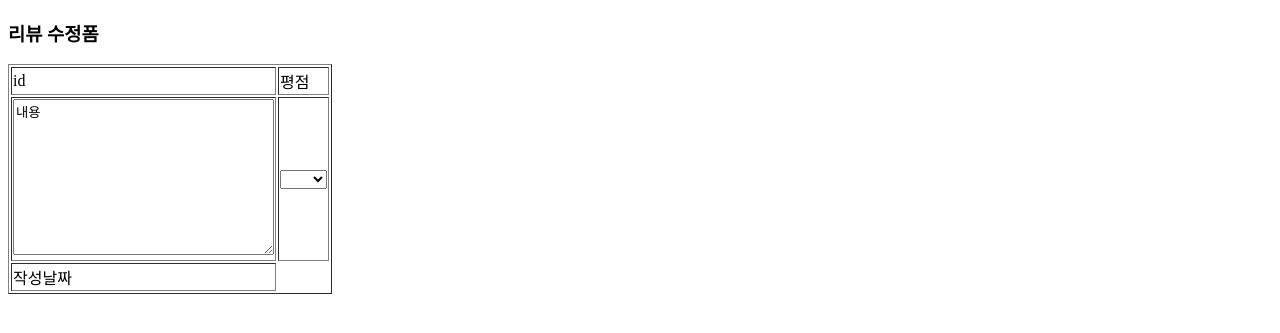
Repository: homerking-092/project
Page: http://localhost/MovieProject/review/review_update_form.jsp
An editor plug-in stored every save of this project. The page is shown before and after the next save, followed by the edit.
The browser window is 1280 px wide. The pictures show the whole page.
The page is served by Tomcat 9. Other server files are loaded and not shown.

Above is the page before, as saved 2021-08-15 09:37:35.

### MovieProject/WebContent/review/review_update_form.jsp
<%@ page language="java" contentType="text/html; charset=EUC-KR"
    pageEncoding="EUC-KR"%>
<!DOCTYPE html>
<html>
<head>
<meta charset="EUC-KR">
<title>Insert title here</title>
</head>
<body>
	<h3>리뷰 수정폼</h3>

	<table border="1">
		<tr>

			<td>id</td>
			<td>평점</td>

		</tr>
		<tr>
			<td><textarea rows="10" cols="30">내용</textarea></td>
			<td><select onchange="if(this.value) location.href=(this.value);">
					<option value=""></option>
					<option value="/MovieProject/review/review_update_form.jsp">수정</option>
					<option value="삭제">삭제</option>
				</select>
			</td>
		</tr>
		<tr>
			<td>작성날짜</td>

		</tr>

	</table>
</body>
</html>

After the next save:
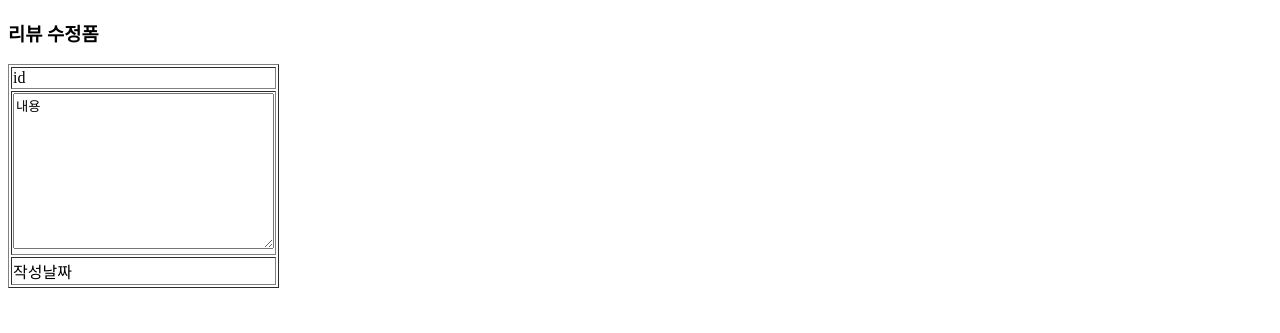
Saved 37 s later.
--- a/MovieProject/WebContent/review/review_update_form.jsp
+++ b/MovieProject/WebContent/review/review_update_form.jsp
@@ -13,17 +13,11 @@
 		<tr>
 
 			<td>id</td>
-			<td>평점</td>
 
 		</tr>
 		<tr>
 			<td><textarea rows="10" cols="30">내용</textarea></td>
-			<td><select onchange="if(this.value) location.href=(this.value);">
-					<option value=""></option>
-					<option value="/MovieProject/review/review_update_form.jsp">수정</option>
-					<option value="삭제">삭제</option>
-				</select>
-			</td>
+
 		</tr>
 		<tr>
 			<td>작성날짜</td>
